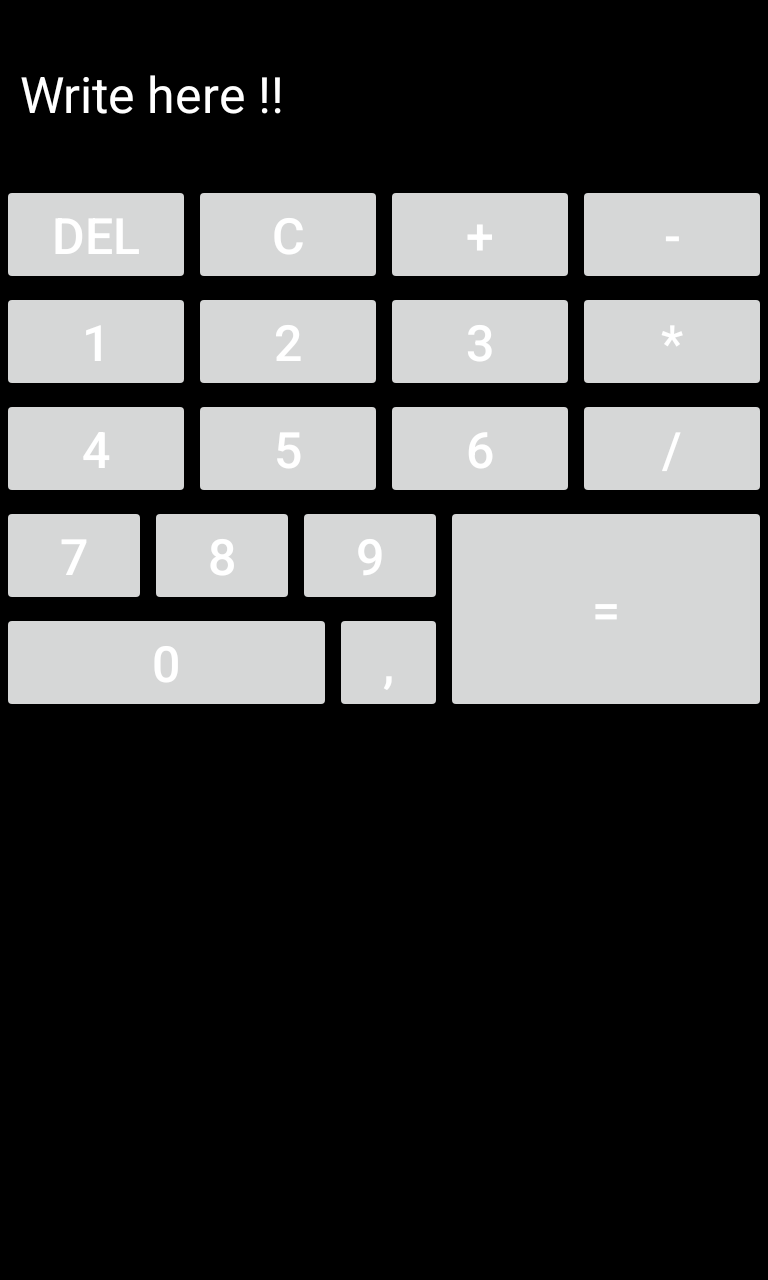
Repository: salihklc/Basic-Android
Layout: complexCalculator/res/layout/activity_main.xml
These files come from the project's save history. The layout is drawn as it stood at one moment and after the next save; the edit follows.
It is drawn on a 768 x 1280 px phone screen (xhdpi) without system bars, with theme AppTheme; the app's code is not run.

Above is the layout before, as saved 2014-10-10 14:07:53.

After the next save:
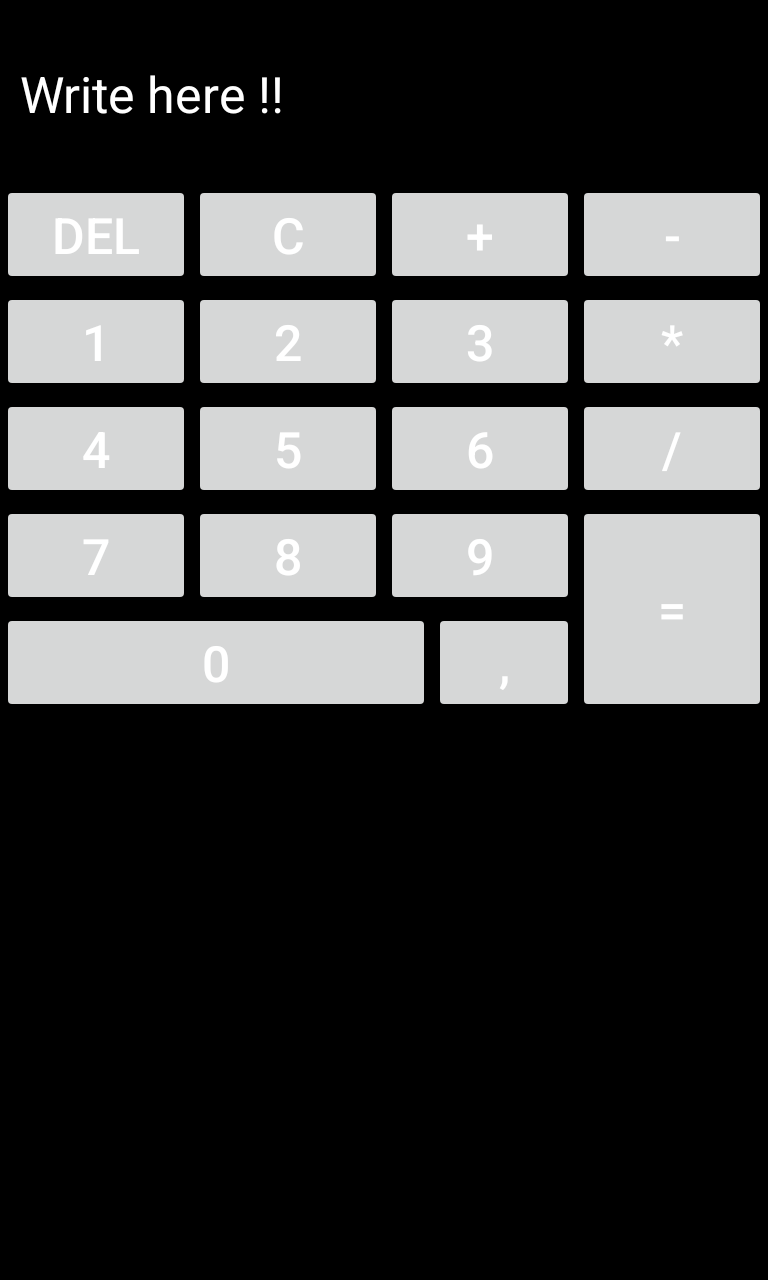
Saved 30 s later.
--- a/complexCalculator/res/layout/activity_main.xml
+++ b/complexCalculator/res/layout/activity_main.xml
@@ -215,7 +215,6 @@
 	</LinearLayout>
 
 		<LinearLayout
-		    android1:layout_width="wrap_content"
 		    android1:layout_height="match_parent"
 		    android:layout_gravity="right"
 		    android:layout_weight="25"
